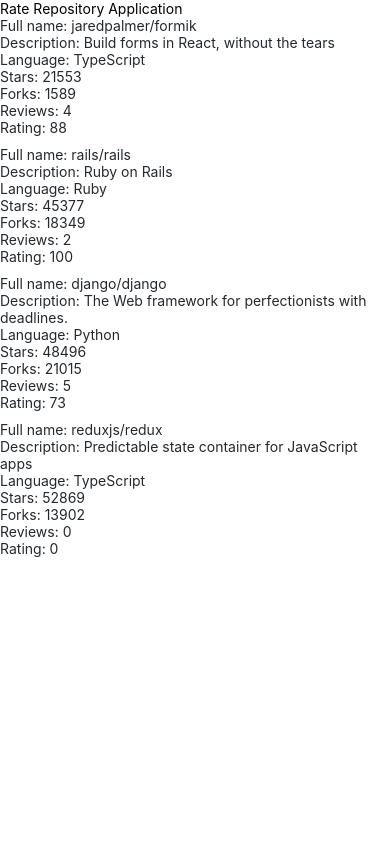
Repository: OrmeSile/react-native-FSO
Screen: / (app in rate-repository-app/)
An editor plug-in stored every save of this project. The screen is shown before and after a run of saves, followed by the edit.
The app was drawn by React Native's web renderer in a window 390 px wide. The project was rebuilt for these pictures with package versions that can differ from the ones it lists, and the page was loaded fresh each time. Some packages were replaced by stand-ins written for this rebuild.

Above is the screen before, as saved 2022-05-15 16:26:05.

### rate-repository-app/src/components/Main.jsx
import { Text, StyleSheet, View } from 'react-native';
import AppBar from './AppBar';
import RepositoryList from './RepositoryList';

const styles = StyleSheet.create({
  container: {
    flexGrow: 1,
    flexShrink: 1,
  },
});

const Main = () => {
  return (
    <View style={styles.container}>
      <AppBar/>
      <Text>Rate Repository Application</Text>
        <RepositoryList />
    </View>
  );
};

export default Main;

### rate-repository-app/src/components/AppBar.jsx
import { View, StyleSheet } from 'react-native';
import Constants from 'expo-constants';

const styles = StyleSheet.create({
  container: {
    paddingTop: Constants.statusBarHeight,

    // ...
  },
  // ...
});

const AppBar = () => {
  return <View style={styles.container}>{/* ... */}</View>;
};

export default AppBar;

### rate-repository-app/src/components/RepositoryList.jsx
import { FlatList, View, StyleSheet } from 'react-native';
import RepositoryItem from './RepositoryItem';

const styles = StyleSheet.create({
  separator: {
    height: 10,
  },
});

const repositories = [
  {
    id: 'jaredpalmer.formik',
    fullName: 'jaredpalmer/formik',
    description: 'Build forms in React, without the tears',
    language: 'TypeScript',
    forksCount: 1589,
    stargazersCount: 21553,
    ratingAverage: 88,
    reviewCount: 4,
    ownerAvatarUrl: 'https://avatars2.githubusercontent.com/u/4060187?v=4',
  },
  {
    id: 'rails.rails',
    fullName: 'rails/rails',
    description: 'Ruby on Rails',
    language: 'Ruby',
    forksCount: 18349,
    stargazersCount: 45377,
    ratingAverage: 100,
    reviewCount: 2,
    ownerAvatarUrl: 'https://avatars1.githubusercontent.com/u/4223?v=4',
  },
  {
    id: 'django.django',
    fullName: 'django/django',
    description: 'The Web framework for perfectionists with deadlines.',
    language: 'Python',
    forksCount: 21015,
    stargazersCount: 48496,
    ratingAverage: 73,
    reviewCount: 5,
    ownerAvatarUrl: 'https://avatars2.githubusercontent.com/u/27804?v=4',
  },
  {
    id: 'reduxjs.redux',
    fullName: 'reduxjs/redux',
    description: 'Predictable state container for JavaScript apps',
    language: 'TypeScript',
    forksCount: 13902,
    stargazersCount: 52869,
    ratingAverage: 0,
    reviewCount: 0,
    ownerAvatarUrl: 'https://avatars3.githubusercontent.com/u/13142323?v=4',
  },
];

const ItemSeparator = () => <View style={styles.separator} />;

const RepositoryList = () => {
  return (
    <FlatList
      data={repositories}
      ItemSeparatorComponent={ItemSeparator}
      renderItem={({ item }) => (
        <RepositoryItem key={item.id} item={item}/>
      )}
    />
  );
};

export default RepositoryList;

### rate-repository-app/src/components/RepositoryItem.jsx
import { View } from 'react-native';
import Text from './Text';

const RepositoryItem = ({ item }) => {
  return (
    <View>
      <Text>Full name: {item.fullName}</Text>
      <Text>Description: {item.description}</Text>
      <Text>Language: {item.language}</Text>
      <Text>Stars: {item.stargazersCount}</Text>
      <Text>Forks: {item.forksCount}</Text>
      <Text>Reviews: {item.reviewCount}</Text>
      <Text>Rating: {item.ratingAverage}</Text>
    </View>
  );
};

export default RepositoryItem;

### rate-repository-app/src/components/Text.jsx
import { Text as NativeText, StyleSheet } from 'react-native';

import theme from '../theme';

const styles = StyleSheet.create({
  text: {
    color: theme.colors.textPrimary,
    fontSize: theme.fontSizes.body,
    fontFamily: theme.fonts.main,
    fontWeight: theme.fontWeights.normal,
  },
  colorTextSecondary: {
    color: theme.colors.textSecondary,
  },
  colorPrimary: {
    color: theme.colors.primary,
  },
  fontSizeSubheading: {
    fontSize: theme.fontSizes.subheading,
  },
  fontWeightBold: {
    fontWeight: theme.fontWeights.bold,
  },
});

const Text = ({ color, fontSize, fontWeight, style, ...props }) => {
  const textStyle = [
    styles.text,
    color === 'textSecondary' && styles.colorTextSecondary,
    color === 'primary' && styles.colorPrimary,
    fontSize === 'subheading' && styles.fontSizeSubheading,
    fontWeight === 'bold' && styles.fontWeightBold,
    style,
  ];

  return <NativeText style={textStyle} {...props} />;
};

export default Text;

### rate-repository-app/src/theme.js
const theme = {
  colors: {
    textPrimary: '#24292e',
    textSecondary: '#586069',
    primary: '#0366d6',
  },
  fontSizes: {
    body: 14,
    subheading: 16,
  },
  fonts: {
    main: 'System',
  },
  fontWeights: {
    normal: '400',
    bold: '700',
  },
};

export default theme;

Loaded but not shown: rate-repository-app/App.js (common file)

After the next 2 saves:
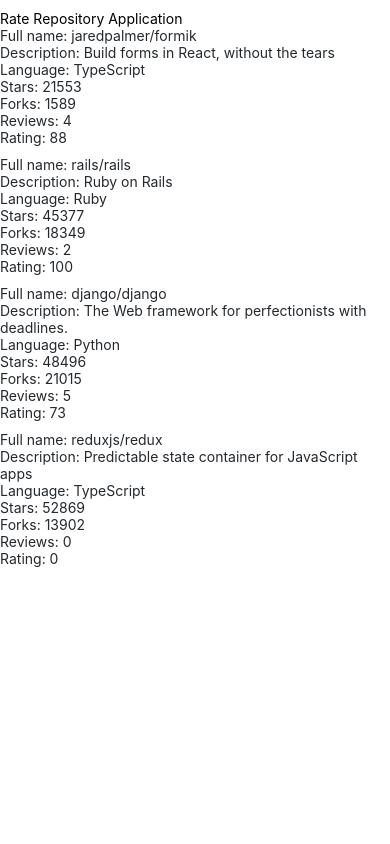
The 2 saves are shown as one change because they came seconds apart.
The last was saved 7 s later.
--- a/rate-repository-app/src/components/AppBar.jsx
+++ b/rate-repository-app/src/components/AppBar.jsx
@@ -4,7 +4,7 @@
 const styles = StyleSheet.create({
   container: {
     paddingTop: Constants.statusBarHeight,
-
+    height: 10
     // ...
   },
   // ...
